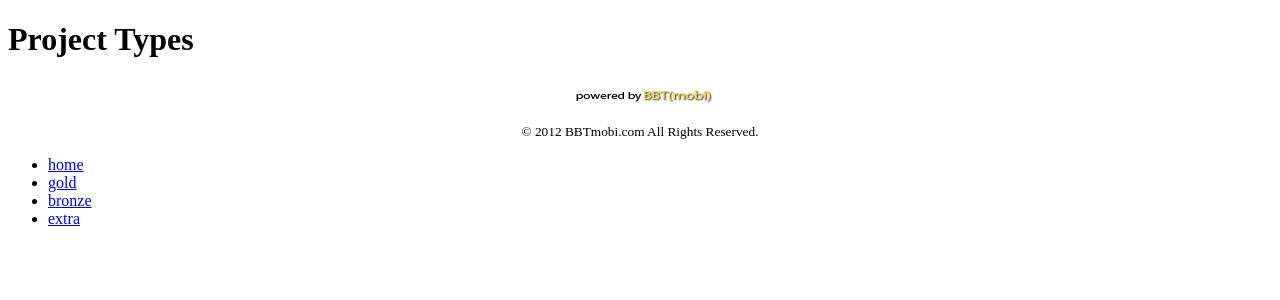
Repository: mtr8667/ASD
Page: couchdb/app/_attachments/detail.html
These files come from the project's save history. The page is drawn as it stood at one moment and after the next save; the edit follows.
The browser window is 1280 px wide. The pictures show the whole page.

Above is the page before, as saved 2012-07-23 15:21:23.

### couchdb/app/_attachments/detail.html
<!DOCTYPE html>
<!-- Matthew Richter, Project 1 for ASD 1207 Full Sail University  -->
<!-- June 27, 1212 -->

<!-- HTML TAG -->
<html lang="en">
<head>
	<!-- Document Title  -->
	<title>Projects</title>
	<meta charset="utf-8">
</head>

<body>

<!-- home page -->
	<div data-role="page" id="projects">

		<!-- home page header -->
		<div data-role="header" data-position="fixed" data-theme="a" data-id="header">
			<h1>Project Types</h1>
		</div>
		<!-- Call to Action -->
		<div>
			<center>
				<img src="logob.png"/>
			</center>
		</div>
		<div data-role="content">
			<div data-role="fieldcontain">
				<ul data-role="listview" id="projectsHolder" data-filter="true" data-inset="true" data-mini="true">
				</ul>
			</div>
		</div>
		<div data-role="fieldcontain">
			<div>
					<center>
						<p><small id="footer"> &copy; 2012 BBTmobi.com All Rights Reserved.</small></p>
					</center>
			</div>
		</div>

		<!-- Home page Footer -->
		<div data-role="footer" data-position="fixed" data-id="footer">
				<div data-role="navbar">
					<ul id="footerUl">
						<li><a href="#home" data-icon="home"  data-transition="fade">home</a></li>
						<li><a href="http://mtr8667.github.com/MIU-site/week4/gold/index.html" data-icon="star" data-transition="fade">gold</a></li>
						<li><a href="http://mtr8667.github.com/MIU-site/week4/bronze/index.html" data-icon="star" data-transition="fade">bronze</a></li>
						<li><a href="#feedback" data-icon="info" data-transition="fade">extra</a></li>
					</ul>
				</div>
		</div>

	</div>
	<!-- JavaScript under here -->
</body>
</html>

After the next save:
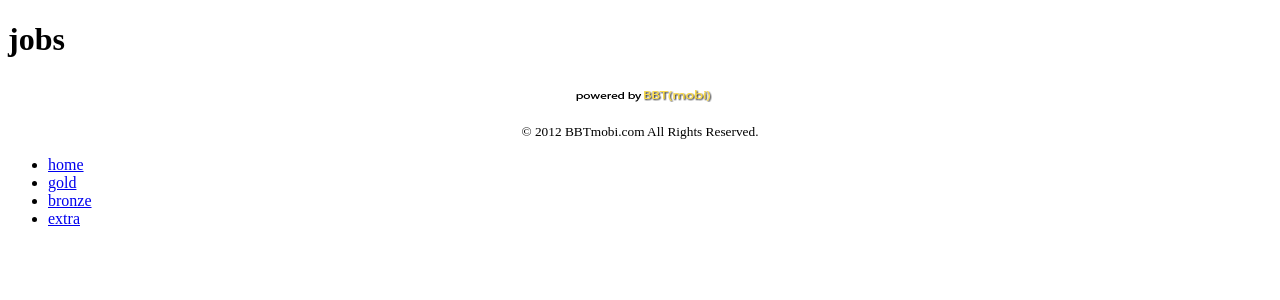
Saved 14 min 39 s later.
--- a/couchdb/app/_attachments/detail.html
+++ b/couchdb/app/_attachments/detail.html
@@ -13,11 +13,11 @@
 <body>
 
 <!-- home page -->
-	<div data-role="page" id="projects">
+	<div data-role="page" id="jobs">
 
 		<!-- home page header -->
 		<div data-role="header" data-position="fixed" data-theme="a" data-id="header">
-			<h1>Project Types</h1>
+			<h1>jobs</h1>
 		</div>
 		<!-- Call to Action -->
 		<div>
@@ -27,7 +27,7 @@
 		</div>
 		<div data-role="content">
 			<div data-role="fieldcontain">
-				<ul data-role="listview" id="projectsHolder" data-filter="true" data-inset="true" data-mini="true">
+				<ul data-role="listview" id="jobssHolder" data-filter="true" data-inset="true" data-mini="true">
 				</ul>
 			</div>
 		</div>
